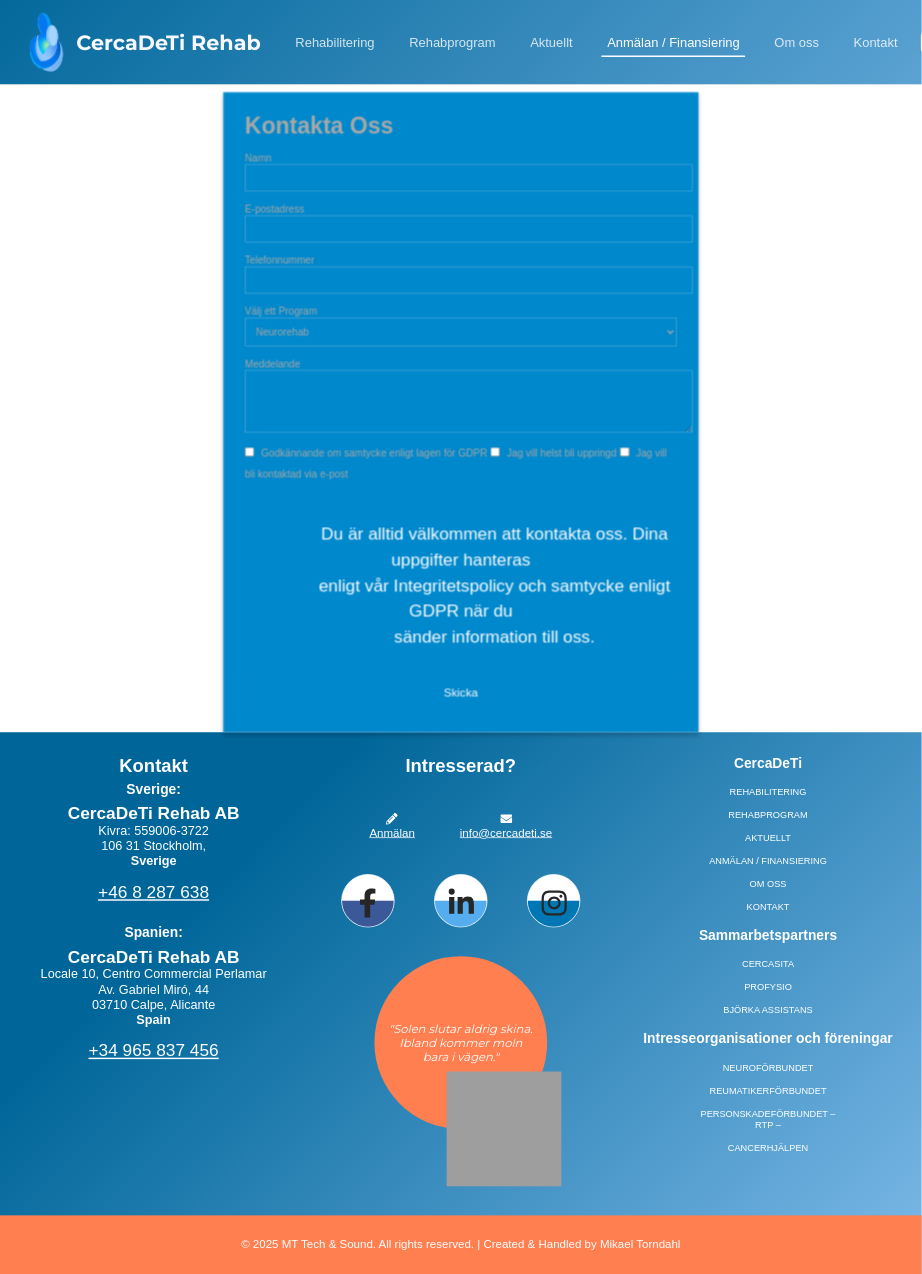
Repository: micketorndahl/CercaDeTi-rehab
Page: anmalan-form.html
The author's editor kept a copy of each file at every save. The page is drawn from the files as they stood at one save, then again after the next save.
The browser window is 1280 px wide. The pictures show the whole page, at 72% of full size.
Pictures or frames that could not be fetched are drawn as grey boxes. The page's requests for data from a server got no answer. Some web fonts or font styles are not loaded; a fallback is used. Some web libraries are served in a nearby version.

Above is the page before, as saved 2025-02-01 18:33:07.
Console error: TypeError: Cannot read properties of null (reading 'addEventListener')

### anmalan-form.html
<!DOCTYPE html>
<html lang="en">
  <head>
    <meta charset="UTF-8" />
    <meta name="viewport" content="width=device-width, initial-scale=1.0" />

    <link
      rel="stylesheet"
      href="https://use.fontawesome.com/releases/v5.6.3/css/all.css"
      integrity="sha384-UHRtZLI+pbxtHCWp1t77Bi1L4ZtiqrqD80Kn4Z8NTSRyMA2Fd33n5dQ8lWUE00s/"
      crossorigin="anonymous"
    />

    <script src="https://cdnjs.cloudflare.com/ajax/libs/font-awesome/5.15.4/js/all.min.js"></script>

    <link rel="stylesheet" href="style.css" />
    <link rel="stylesheet" href="tailwind.css" />
    <title>CercaDeTi Rehab</title>
  </head>
  <body>
    <div class="site-container">
      <header class="header">
        <div class="logo-wrapper">
          <div class="logo">
            <div class="logo-and-text">
              <a href="index.html">
                <img src="/images/cropped-CDTR.gif" alt="Logo" />
                <h1 class="cercadeti">CercaDeTi Rehab</h1>
              </a>
            </div>
          </div>
        </div>

        <nav class="main-nav">
          <div class="nav-container">
            <ul>
              <li>
                <a href="rehabilitering.html">Rehabilitering</a>
              </li>
              <li><a href="rehabprogram.html">Rehabprogram</a></li>
              <li><a href="aktuellt.html">Aktuellt</a></li>
              <li>
                <a href="anmalan-finans.html" class="active"
                  >Anmälan / Finansiering</a
                >
              </li>
              <li><a href="om-oss.html">Om oss</a></li>
              <li><a href="kontakt.html">Kontakt</a></li>
            </ul>
          </div>
        </nav>

        <div class="social-container">
          <div class="social">
            <ul>
              <li>
                <a href="https://www.facebook.com/CercadetiRehab/"
                  ><i class="fab fa-facebook-f icon"></i
                ></a>
              </li>
              <li>
                <a href="https://www.linkedin.com/company/cercadeti-rehab-ab"
                  ><i class="fab fa-linkedin-in icon"></i
                ></a>
              </li>
              <li>
                <a href="https://www.instagram.com/cercadetirehab/"
                  ><i class="fab fa-instagram icon"></i
                ></a>
              </li>
            </ul>
          </div>
        </div>
      </header>

      <div class="content">
        <div class="form-container">
          <form class="contact-form">
            <h2>Kontakta Oss</h2>

            <label for="name">Namn</label>
            <input type="text" id="name" name="name" required />

            <label for="email">E-postadress</label>
            <input type="email" id="email" name="email" required />

            <label for="phone">Telefonnummer</label>
            <input type="tel" id="phone" name="phone" required />

            <label for="program">Välj ett Program</label>
            <select id="program" name="program" required>
              <option value="neurorehab">Neurorehab</option>
              <option value="reumarehab">Reumarehab</option>
              <option value="cancerrehab">Cancerrehab</option>
              <option value="stressrehab">Stressrehab</option>
              <option value="närståendeprogram">Närståendeprogram</option>
            </select>

            <label for="message">Meddelande</label>
            <textarea id="message" name="message" rows="4" required></textarea>

            <div class="checkbox-container">
              <input type="checkbox" id="gdpr" name="gdpr" required />
              <label for="gdpr"
                >Godkännande om samtycke enligt lagen för GDPR</label
              >

              <input type="checkbox" id="call" name="call" />
              <label for="call">Jag vill helst bli uppringd</label>

              <input type="checkbox" id="emailContact" name="emailContact" />
              <label for="emailContact"
                >Jag vill bli kontaktad via e-post</label
              >
            </div>

            <p class="info-text">
              Du är alltid välkommen att kontakta oss. Dina uppgifter hanteras
              enligt vår Integritetspolicy och samtycke enligt GDPR när du
              sänder information till oss.
            </p>

            <button type="submit" class="submit-btn">Skicka</button>
          </form>
        </div>
      </div>

      <!-- FOOTER START -->
      <footer class="footer-container">
        <div class="footer-top">
          <div class="footarea1 footer-shared">
            <h3>Kontakt</h3>

            <address class="address-shared address-se">
              <h5>Sverige:</h5>
              <strong
                ><span class="address-company-name"
                  >CercaDeTi Rehab AB</span
                ></strong
              ><br />
              <span class="address-location">Kivra: 559006-3722</span><br />
              <span class="address-city">106 31 Stockholm,</span><br />
              <span class="address-country"
                ><strong>Sverige</strong><br
              /></span>
              <br />
              <span class="telephone"
                ><a href="tel:+468287638">+46 8 287 638</a></span
              >
            </address>

            <div class="address-shared address-es">
              <address>
                <h5>Spanien:</h5>
                <strong
                  ><span class="address-company-name"
                    >CercaDeTi Rehab AB</span
                  > </strong
                ><br />
                <span class="address-location"
                  >Locale 10, Centro Commercial Perlamar</span
                ><br />
                <span class="address-street">Av. Gabriel Miró, 44</span><br />
                <span class="address-city">03710 Calpe, Alicante<br /></span>
                <span class="address-country"
                  ><strong>Spain</strong><br
                /></span>
                <br />
                <span class="telephone"
                  ><a href="tel:+34965837456">+34 965 837 456</a></span
                >
              </address>
            </div>
          </div>
          <div class="footarea2 footer-shared">
            <h3>Intresserad?</h3>
            <div class="footarea2-links">
              <a href=""><i class="fas fa-pencil-alt"></i> Anmälan</a>
              <a href="mailto:info@cercadeti.se"
                ><i class="fas fa-envelope"></i> info@cercadeti.se</a
              >
            </div>
            <div class="social-footer">
              <ul>
                <li>
                  <a href="https://www.facebook.com/CercadetiRehab/">
                    <i class="fab fa-facebook-f icon"></i>
                  </a>
                </li>

                <li>
                  <a href="https://www.linkedin.com/company/cercadeti-rehab-ab"
                    ><i class="fab fa-linkedin-in icon"></i
                  ></a>
                </li>
                <li>
                  <a href="https://www.instagram.com/cercadetirehab/"
                    ><i class="fab fa-instagram icon"></i
                  ></a>
                </li>
              </ul>
            </div>
            <div class="image-container-footer">
              <div class="image-wrapper">
                <p class="footer-quote">
                  "Solen slutar aldrig skina. Ibland kommer moln bara i vägen."
                </p>
                <img src="images/weelchair.icon.png" alt="wheelchair-icon" />
              </div>
            </div>
          </div>
          <div class="footarea3 footer-shared">
            <nav class="footer-nav">
              <div class="link-column1">
                <h4>CercaDeTi</h4>
                <ul>
                  <li><a href="rehabilitering.html">Rehabilitering</a></li>
                  <li><a href="rehabprogram.html">Rehabprogram</a></li>
                  <li><a href="aktuellt.html">Aktuellt</a></li>
                  <li>
                    <a href="anmalan-finans.html">Anmälan / Finansiering</a>
                  </li>
                  <li><a href="om-oss.html">Om oss</a></li>
                  <li><a href="kontakt.html">Kontakt</a></li>
                </ul>
              </div>

              <div class="link-column2">
                <h4>Sammarbetspartners</h4>
                <ul>
                  <li><a href="https://cercasita.com/">Cercasita</a></li>
                  <li><a href="https://profysio.es/">ProFysio</a></li>
                  <li>
                    <a href="https://www.bjorka-assistans.se/"
                      >Björka Assistans</a
                    >
                  </li>
                </ul>
              </div>

              <div class="link-column3">
                <h4>Intresseorganisationer och föreningar</h4>
                <ul>
                  <li><a href="https://neuro.se/">Neuroförbundet</a></li>
                  <li>
                    <a href="https://reumatiker.se/">Reumatikerförbundet</a>
                  </li>
                  <li>
                    <a href="https://rtp.se/">Personskadeförbundet – RTP – </a>
                  </li>
                  <li>
                    <a href="http://www.cancerhjalpen.se/">Cancerhjälpen</a>
                  </li>
                </ul>
              </div>
            </nav>
          </div>
        </div>
        <div class="footer-bottom">
          <div class="copyright">
            &copy; 2025 MT Tech &amp; Sound. All rights reserved. | Created
            &amp; Handled by Mikael Torndahl
          </div>
          <div class="additional-info"></div>
        </div>
      </footer>
      <!-- FOOTER END -->
    </div>
    <!-- SCRIPT SRCS -->
    <script src="js/script.js"></script>
    <script src="js/weather-api.js"></script>
  </body>
</html>

### style.css
@import url("css/reset.css");
@import url("css/standard.css");
@import url("css/variables.css");
@import url("css/typography.css");
@import url("css/layout.css");
@import url("css/navigation.css");
@import url("css/post.css");
@import url("css/footer.css");
@import url("css/searchbox.css");
@import url("css/page-templates.css");
@import url("css/mq-tablet.css");
@import url("css/mq-phone.css");
@import url("css/effects.css");

### css/standard.css
/*
/* STANDARD
*/

html {
  scroll-behavior: smooth;
}

a {
  text-decoration: none;
}

[class*="fa"]:not([class*="fab"]) {
  display: block;
  margin: 0 auto;
  padding: 0.2rem;
}

### css/typography.css
/*
/* HEADLINES
*/

body {
  background-color: var(--white);
  color: var(--gray-paragraph);
  font-style: normal;
}

.content p,
.container-index p {
  font-size: 1.5rem;
  font-weight: 300;
  white-space: pre-wrap;
  text-align: center;
  margin: 0.5rem;
  word-wrap: break-word;
  line-height: 1.5;
}

body,
.content p,
container-index p,
.address-company-name,
address span,
h1,
h2,
h3,
h4,
h5,
h6 {
  font-family: var(--font-secondary), sans-serif;
  margin: 0;
  padding: 0;
}

h1,
h2,
h3,
h4,
h5,
h6 {
  font-weight: bold;
}

h1 {
  font-size: 2rem;
}
h2 {
  font-size: calc(5rem + 1vw);
}

h3 {
  font-size: 1.6rem;
  color: var(--white);
  margin-bottom: 0.5rem;
}
h4 {
  font-size: 1.2rem;
  color: var(--white);
  margin-bottom: 0.5rem;
}
h5 {
  font-size: 1.2rem;
  font-style: normal;
  padding: 0;
}
h6 {
  font-size: 1rem;
}

.banner-content h2 {
  font-family: var(--font-ten), sans-serif;
  font-size: 6rem;
  font-style: bold;
  line-height: 1.2;
  margin-top: 0.5rem;
  color: var(--white);
}

.address-company-name {
  font-size: 1.5rem;
  font-weight: bold;
  font-style: normal;
}

address span {
  font-style: normal;
  font-size: 1.1rem;
  font-weight: 400;
  margin: 0;
  padding: 0;
}

### css/layout.css
/*
/* LAYOUT
*/

.site-container {
  flex: 1;
  display: flex;
  flex-direction: column;
  margin: 0 auto;
  width: 100%;
}

.header {
  background: linear-gradient(
    135deg,
    var(--color-quaternary) 25%,
    var(--color-tertiary) 100%
  );
  background-size: 200% 100%;
  display: flex;
  justify-content: space-between;
  align-items: center;
  margin: 0;
  z-index: 1000;
  width: 100%;
  position: fixed;
  box-shadow: 0 1px 3px rgba(0, 0, 0, 0.1), 0 1px 2px rgba(0, 0, 0, 0.06);
  animation: shineEffect 7s infinite linear;
}

.header > div {
  flex: 1; /* Makes each section take up equal space */
}

.logo-wrapper {
  display: flex;
  flex-direction: row;
  justify-content: center;
  flex-grow: 1;
  flex-shrink: 0;
  position: relative;
  animation: shineEffect 4s ease-in-out infinite;
}

@keyframes shineEffect {
  0% {
    background-position: 0% 50%;
    box-shadow: 0 0 10px var(--background-color-blue);
  }
  50% {
    background-position: 100% 50%;
    box-shadow: 0 0 20px var(--background-color-light-blue);
  }
  100% {
    background-position: 0% 50%;
    box-shadow: 0 0 10px var(--background-color-blue);
  }
}

.logo {
  display: flex;
  flex-direction: row;
  align-items: center;
  padding: 0;
}

.logo img {
  width: 50px;
  height: 85px;
  transition: transform 0.3s ease-in-out, filter 0.3s ease-in-out;
  padding: 0 1rem;
}

.logo img {
  animation: pulse 2.5s infinite;
}

@keyframes pulse {
  0%,
  100% {
    transform: scale(1);
    filter: brightness(1) hue-rotate(0deg) saturate(1);
  }
  50% {
    transform: scale(1.05);
    filter: brightness(1.1) hue-rotate(10deg) saturate(1.3);
  }
}

.logo-and-text {
  display: flex;
  flex-direction: row;
  justify-content: center;
  align-items: center;
  margin: 0;
  padding: 1rem 1.5rem;
}

.logo-and-text a {
  display: flex;
  flex-direction: row;
  align-items: center;
}

h1.cercadeti {
  font-family: var(--font-eight), sans-serif;
  font-size: 1.8rem;
  font-weight: 700;
  color: var(--ghost-white);
  white-space: nowrap;
}

.ctas-container {
  display: flex;
  justify-content: center;
  align-items: center;
}

.button-CTA {
  background-color: var(--color-secondary);
  padding: 1rem 2.6rem;
  border-radius: 3rem;
  box-shadow: rgba(0, 0, 0, 0.1) 0 2px 4px;
  color: #ffffff;
  font-family: Pontano Sans, sans-serif;
  font-size: 1rem;
  font-weight: 500;
  outline: 0;
  text-align: center;
  text-transform: uppercase;
  text-decoration: none;
  margin: 2rem 0.5rem;
  border: 0;
  cursor: pointer;
  transition: all 0.3s ease-in-out;
  position: relative;
  z-index: 1;
  transform-origin: center;
}

/* First button: Transparent effect on hover */
.button-CTA:nth-of-type(1) {
  background-color: var(--color-primary);
}

.button-CTA:nth-of-type(1):hover {
  background-color: rgba(227, 227, 227, 0.1);
  color: white;
  /* Use outline instead of border */
  outline: 1px solid var(--color-primary); /* Or 2px as you prefer */
  outline-offset: -1px; /* Adjust if needed to make outline appear as border */
  box-shadow: rgba(0, 0, 0, 0.2) 0 4px 8px;
  transform: scale(1.05);
}

/* Second button: More vibrant on hover */
.button-CTA:nth-of-type(2) {
  background-color: var(--color-secondary);
}

.button-CTA:nth-of-type(2):hover {
  background-color: #ff5722;
  box-shadow: rgba(0, 0, 0, 0.25) 0 6px 12px;
  /* Scale on hover */
  transform: scale(1.05); /* Adjust scale factor as desired */
}

.button-CTA:active {
  transform: translateY(1px) scale(0.95); /* Scale down slightly on active */
  box-shadow: rgba(0, 0, 0, 0.1) 0 2px 4px;
}

.banner {
  position: relative;
  display: flex;
  flex-direction: column;
  min-height: 100vh;
  background-image: url(../images/banner-index.jpg);
  background-repeat: no-repeat;
  background-size: cover;
  background-attachment: fixed;
  background-position: center top;
  padding-top: 100px;
}

.banner::before {
  content: "";
  position: absolute;
  top: 0;
  left: 0;
  width: 100%;
  height: 60%; /* Only darken the top part */
  background: linear-gradient(to bottom, rgba(0, 0, 0, 0.6), rgba(0, 0, 0, 0));
  z-index: 1;
}

#banner-aktuellt {
  background-image: url(../images/banner-aktuellt.jpg);
}

#banner-anmalan-finans {
  background-image: url(../images/banner-anmalan-finans.jpg);
}

#banner-kontakt {
  background-image: url(../images/rehab10.jpg);
  background-position: center center;
}

#banner-om-oss {
  background-image: url(../images/rehab11.jpg);
  background-position: center center;
}

#banner-rehabilitering {
  background-image: url(../images/banner-rehabilitering.jpg);
}

.banner-content {
  position: relative;
  z-index: 2; /* Ensures the text appears above the dark overlay */
  display: flex;
  flex-direction: column;
  justify-content: space-around;
  align-items: center;
}

.slogan {
  padding: 5rem;
  color: var(--white);
  text-align: center;
}

.content {
  width: 60%;
  margin: 0 auto;
  display: flex;
  align-items: center; /* Vertically center grid items */
  justify-content: center; /* Horizontally align items */
}

.content-3col {
  display: grid;
  grid-template-columns: 1fr 3fr 1fr; /* Left Sidebar - Main Content - Right Sidebar */
  grid-template-rows: auto; /* Allow content to dictate height */
  grid-template-areas: "left main right"; /* Define named grid areas */
}

section.main {
  grid-column:
  display: flex;
  flex-direction: column;
  text-align: center;
  background: var(--white);

}

section.main h2 {
  font-size: 3rem;
  color: var(--text-dark);
}

aside {
  display: flex;
  flex-direction: column;
  justify-content: center;
  align-items: center;
}

aside.sidebar-left {
  grid-column: 1;
  display: flex;
  align-items: center; /* Vertically center content */
  justify-content: center; /* Horizontally center content */
}

aside.sidebar-right {
  grid-column: 3;
  display: flex;
  align-items: center;
  justify-content: center; /* Ensures vertical centering */
}

aside h3 {
  color: var(--text-dark);
}

.form-container {
  background: var(--color-primary);
  backdrop-filter: blur(10px);
  margin-top: 8rem;
  padding: 30px;
  border-radius: var(--border-radius);
  width: 100%;
  max-width: 600px;
  box-shadow: 0 4px 6px rgba(0, 0, 0, 0.2);
  transition: transform 0.3s ease-in-out;
}

.form-container:hover {
  transform: translateY(-10px);
}

.contact-form h2 {
  font-size: 2rem;
  margin-bottom: 20px;
  color: var(--darkgray);
}

label {
  font-size: 14px;
  margin-bottom: 5px;
  color: var(--darkgray);
}

input, select, textarea {
  width: 100%;
  padding: 10px;
  margin-bottom: 15px;
  border: 1px solid rgba(255, 255, 255, 0.3);
  border-radius: var(--border-radius);
  background: var(--ghostwhite);
  color: var(--darkgray);
  font-size: 14px;
  outline: none;
}

input[type="checkbox"] {
  width: auto;
  margin-right: 5px;
}

textarea {
  resize: vertical;
}

.checkbox-container {
  margin-bottom: 20px;
}

.info-text {
  color: var(--white);
  font-size: 12px;
  margin-bottom: 20px;
}

.submit-btn {
  background-color: var(--color-primary);
  color: var(--white);
  border: none;
  padding: 15px;
  font-size: 16px;
  width: 100%;
  border-radius: var(--border-radius);
  cursor: pointer;
  transition: background-color 0.3s ease;
}

.submit-btn:hover {
  background-color: darken(var(--color-primary), 10%);
}

### css/navigation.css
/* NAV */

.main-nav {
  display: flex;
  justify-content: center;
  align-items: center;
  padding: 0;
  flex-grow: 0;
  flex-shrink: 0;
}

nav.main-nav ul {
  display: flex;
  margin: 0;
  padding: 0;
}

nav.main-nav ul li {
  list-style: none;
  margin: 0 1rem;
}

.main-nav a {
  position: relative;
  display: inline-block;
  padding: 0.5rem;
  text-decoration: none;
  transition: color 0.2s ease-in-out;
}

nav.main-nav ul li a {
  font-family: var(--font-secondary), sans-serif;
  font-size: 18px;
  font-weight: 400;
  line-height: 1rem;
  /* Slightly darker default color */
  color: var(--dullwhite);
  text-decoration: none;
  transition: all 0.4s ease-in-out;
}

nav.main-nav ul li a:hover {
  color: var(--white); /* Brighter on hover */
}

nav.main-nav ul li a.active {
  color: var(--white); /* Brightest when active */
}

nav.main-nav ul li a.active::after {
  content: "";
  position: absolute;
  left: 0;
  bottom: -4px;
  width: 100%;
  height: 1px; /* Adjusted height here */
  background-color: var(--white);
  border-radius: 2px;
  transition: transform 0.3s ease, background-color 0.3s ease;
}

/* Hover underline that grows from the left */
nav.main-nav ul li a::after {
  content: "";
  position: absolute;
  left: 0;
  bottom: -4px;
  width: 0;
  height: 1px;
  background-color: var(--white);
  border-radius: 2px;
  transition: width 0.6s ease, background-color 0.6s ease;
  opacity: 0;
}

nav.main-nav ul li a:hover::after {
  width: 100%;
  opacity: 1;
  height: 1px;
}

/* Active link styles */
nav.main-nav ul li a.active::after {
  width: 100%;
  height: 2px; /* Adjusted height here */
  opacity: 1;
}

.social-container {
  display: flex;
  justify-content: center;
  align-items: center;
  flex-grow: 1;
  flex-shrink: 1;
}

.social ul {
  display: flex;
  justify-content: space-evenly;
  margin: 0;
}

.social li {
  margin: 0.5rem;
}

.ctas-container {
  display: flex; /* Aligns buttons side by side */
  justify-content: center;
  align-items: center;
}

### css/post.css
/*
/* POST */
/*

### css/searchbox.css
/*
/* SEARCHBOX */
/*

### css/mq-tablet.css
/*
/* MQ-TABLET */
/*

### css/mq-phone.css
/*
/* MQ-PHONE*/
/*

Loaded but not shown: tailwind.css (library); js/script.js (117 lines, source omitted); js/weather-api.js (90 lines, source omitted); css/page-templates.css (379 lines, source omitted); css/reset.css (364 lines, source omitted); css/effects.css (235 lines, source omitted); css/variables.css (74 lines, source omitted); css/footer.css (189 lines, source omitted)

After the next save:
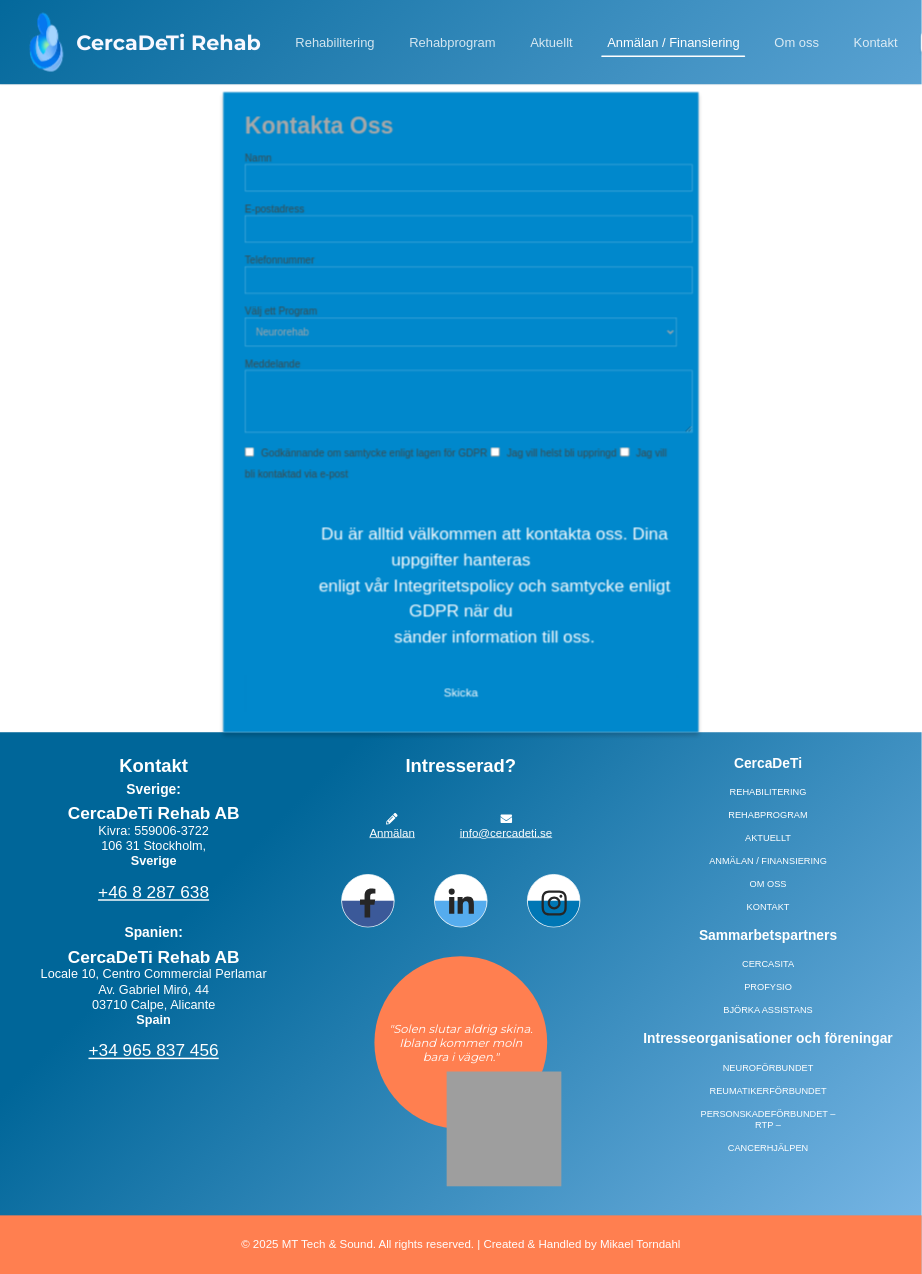
Saved 7 s later.
--- a/css/layout.css
+++ b/css/layout.css
@@ -310,7 +310,7 @@
 label {
   font-size: 14px;
   margin-bottom: 5px;
-  color: var(--darkgray);
+  color: var(--ghostwhite);
 }
 
 input, select, textarea {
